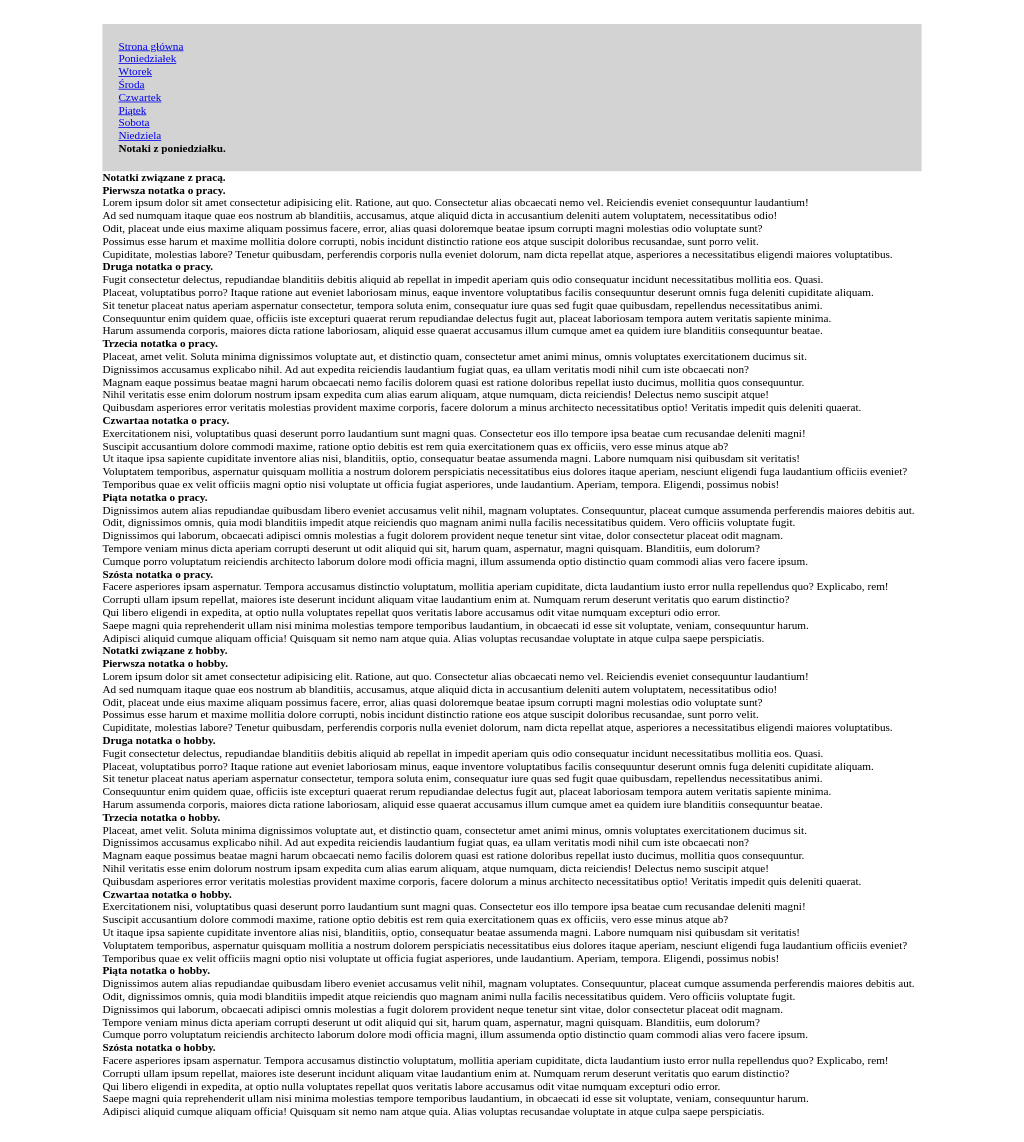
Repository: ArturNatwora/hompage
Page: days/1.html
These files come from the project's save history. The page is drawn as it stood at one moment and after the next save; the edit follows.
The browser window is 1280 px wide. The pictures show the whole page, at 80% of full size.

Above is the page before, as saved 2019-06-11 17:42:10.

### days/1.html
<!DOCTYPE html>
<html lang="pl">
  <head>
    <meta charset="UTF-8" />
    <meta name="viewport" content="width=device-width, initial-scale=1.0" />
    <meta http-equiv="X-UA-Compatible" content="ie=edge" />
    <link rel="stylesheet" href="../index.css" />
    <title>Strona domowa w ramach kursu WTf CO TEN FRONTEND.</title>
  </head>
  <body>
    <header class="bodyHeader">
      <nav class="bodyHeader__nav">
          <ul class="bodyHeader__navListLink" >
          <li>
            <a class="bodyHeader__navLink" href="../index.html"
              >Strona główna</a
            >
          </li>
          <li>
            <a class="bodyHeader__navLink" href="./1.html">Poniedziałek</a>
          </li>
          <li><a class="bodyHeader__navLink" href="./2.html">Wtorek</a></li>
          <li><a class="bodyHeader__navLink" href="./3.html">Środa</a></li>
          <li><a class="bodyHeader__navLink" href="./4.html">Czwartek</a></li>
          <li><a class="bodyHeader__navLink" href="./5.html">Piątek</a></li>
          <li><a class="bodyHeader__navLink" href="./6.html">Sobota</a></li>
          <li><a class="bodyHeader__navLink" href="./7.html">Niedziela</a></li>
        </ul>
      </nav>
      <h1 class="bodyHeader__h1">Notaki z poniedziałku.</h1>
    </header>
    <main class="main">
      <section class="section">
        <h2 class="section__title">Notatki związane z pracą.</h2>
        <article class="article">
          <h3 class="article__title">Pierwsza notatka o pracy.</h3>
          <p>
            Lorem ipsum dolor sit amet consectetur adipisicing elit. Ratione,
            aut quo. Consectetur alias obcaecati nemo vel. Reiciendis eveniet
            consequuntur laudantium!
          </p>
          <p>
            Ad sed numquam itaque quae eos nostrum ab blanditiis, accusamus,
            atque aliquid dicta in accusantium deleniti autem voluptatem,
            necessitatibus odio!
          </p>
          <p>
            Odit, placeat unde eius maxime aliquam possimus facere, error, alias
            quasi doloremque beatae ipsum corrupti magni molestias odio
            voluptate sunt?
          </p>
          <p>
            Possimus esse harum et maxime mollitia dolore corrupti, nobis
            incidunt distinctio ratione eos atque suscipit doloribus recusandae,
            sunt porro velit.
          </p>
          <p>
            Cupiditate, molestias labore? Tenetur quibusdam, perferendis
            corporis nulla eveniet dolorum, nam dicta repellat atque, asperiores
            a necessitatibus eligendi maiores voluptatibus.
          </p>
        </article>
        <article class="article">
          <h3 class="article__title">Druga notatka o pracy.</h3>
          <p>
            Fugit consectetur delectus, repudiandae blanditiis debitis aliquid
            ab repellat in impedit aperiam quis odio consequatur incidunt
            necessitatibus mollitia eos. Quasi.
          </p>
          <p>
            Placeat, voluptatibus porro? Itaque ratione aut eveniet laboriosam
            minus, eaque inventore voluptatibus facilis consequuntur deserunt
            omnis fuga deleniti cupiditate aliquam.
          </p>
          <p>
            Sit tenetur placeat natus aperiam aspernatur consectetur, tempora
            soluta enim, consequatur iure quas sed fugit quae quibusdam,
            repellendus necessitatibus animi.
          </p>
          <p>
            Consequuntur enim quidem quae, officiis iste excepturi quaerat rerum
            repudiandae delectus fugit aut, placeat laboriosam tempora autem
            veritatis sapiente minima.
          </p>
          <p>
            Harum assumenda corporis, maiores dicta ratione laboriosam, aliquid
            esse quaerat accusamus illum cumque amet ea quidem iure blanditiis
            consequuntur beatae.
          </p>
        </article>
        <article class="article">
          <h3 class="article__title">Trzecia notatka o pracy.</h3>
          <p>
            Placeat, amet velit. Soluta minima dignissimos voluptate aut, et
            distinctio quam, consectetur amet animi minus, omnis voluptates
            exercitationem ducimus sit.
          </p>
          <p>
            Dignissimos accusamus explicabo nihil. Ad aut expedita reiciendis
            laudantium fugiat quas, ea ullam veritatis modi nihil cum iste
            obcaecati non?
          </p>
          <p>
            Magnam eaque possimus beatae magni harum obcaecati nemo facilis
            dolorem quasi est ratione doloribus repellat iusto ducimus, mollitia
            quos consequuntur.
          </p>
          <p>
            Nihil veritatis esse enim dolorum nostrum ipsam expedita cum alias
            earum aliquam, atque numquam, dicta reiciendis! Delectus nemo
            suscipit atque!
          </p>
          <p>
            Quibusdam asperiores error veritatis molestias provident maxime
            corporis, facere dolorum a minus architecto necessitatibus optio!
            Veritatis impedit quis deleniti quaerat.
          </p>
        </article>
        <article class="article">
          <h3 class="article__title">Czwartaa notatka o pracy.</h3>
          <p>
            Exercitationem nisi, voluptatibus quasi deserunt porro laudantium
            sunt magni quas. Consectetur eos illo tempore ipsa beatae cum
            recusandae deleniti magni!
          </p>
          <p>
            Suscipit accusantium dolore commodi maxime, ratione optio debitis
            est rem quia exercitationem quas ex officiis, vero esse minus atque
            ab?
          </p>
          <p>
            Ut itaque ipsa sapiente cupiditate inventore alias nisi, blanditiis,
            optio, consequatur beatae assumenda magni. Labore numquam nisi
            quibusdam sit veritatis!
          </p>
          <p>
            Voluptatem temporibus, aspernatur quisquam mollitia a nostrum
            dolorem perspiciatis necessitatibus eius dolores itaque aperiam,
            nesciunt eligendi fuga laudantium officiis eveniet?
          </p>
          <p>
            Temporibus quae ex velit officiis magni optio nisi voluptate ut
            officia fugiat asperiores, unde laudantium. Aperiam, tempora.
            Eligendi, possimus nobis!
          </p>
        </article>
        <article class="article">
          <h3 class="article__title">Piąta notatka o pracy.</h3>
          <p>
            Dignissimos autem alias repudiandae quibusdam libero eveniet
            accusamus velit nihil, magnam voluptates. Consequuntur, placeat
            cumque assumenda perferendis maiores debitis aut.
          </p>
          <p>
            Odit, dignissimos omnis, quia modi blanditiis impedit atque
            reiciendis quo magnam animi nulla facilis necessitatibus quidem.
            Vero officiis voluptate fugit.
          </p>
          <p>
            Dignissimos qui laborum, obcaecati adipisci omnis molestias a fugit
            dolorem provident neque tenetur sint vitae, dolor consectetur
            placeat odit magnam.
          </p>
          <p>
            Tempore veniam minus dicta aperiam corrupti deserunt ut odit aliquid
            qui sit, harum quam, aspernatur, magni quisquam. Blanditiis, eum
            dolorum?
          </p>
          <p>
            Cumque porro voluptatum reiciendis architecto laborum dolore modi
            officia magni, illum assumenda optio distinctio quam commodi alias
            vero facere ipsum.
          </p>
        </article>
        <article class="article">
          <h3 class="article__title">Szósta notatka o pracy.</h3>
          <p>
            Facere asperiores ipsam aspernatur. Tempora accusamus distinctio
            voluptatum, mollitia aperiam cupiditate, dicta laudantium iusto
            error nulla repellendus quo? Explicabo, rem!
          </p>
          <p>
            Corrupti ullam ipsum repellat, maiores iste deserunt incidunt
            aliquam vitae laudantium enim at. Numquam rerum deserunt veritatis
            quo earum distinctio?
          </p>
          <p>
            Qui libero eligendi in expedita, at optio nulla voluptates repellat
            quos veritatis labore accusamus odit vitae numquam excepturi odio
            error.
          </p>
          <p>
            Saepe magni quia reprehenderit ullam nisi minima molestias tempore
            temporibus laudantium, in obcaecati id esse sit voluptate, veniam,
            consequuntur harum.
          </p>
          <p>
            Adipisci aliquid cumque aliquam officia! Quisquam sit nemo nam atque
            quia. Alias voluptas recusandae voluptate in atque culpa saepe
            perspiciatis.
          </p>
        </article>
      </section>

      <section class="section">
        <h2 class="section__title">Notatki związane z hobby.</h2>
        <article class="article">
          <h3 class="article__title">Pierwsza notatka o hobby.</h3>
          <p>
            Lorem ipsum dolor sit amet consectetur adipisicing elit. Ratione,
            aut quo. Consectetur alias obcaecati nemo vel. Reiciendis eveniet
            consequuntur laudantium!
          </p>
          <p>
            Ad sed numquam itaque quae eos nostrum ab blanditiis, accusamus,
            atque aliquid dicta in accusantium deleniti autem voluptatem,
            necessitatibus odio!
          </p>
          <p>
            Odit, placeat unde eius maxime aliquam possimus facere, error, alias
            quasi doloremque beatae ipsum corrupti magni molestias odio
            voluptate sunt?
          </p>
          <p>
            Possimus esse harum et maxime mollitia dolore corrupti, nobis
            incidunt distinctio ratione eos atque suscipit doloribus recusandae,
            sunt porro velit.
          </p>
          <p>
            Cupiditate, molestias labore? Tenetur quibusdam, perferendis
            corporis nulla eveniet dolorum, nam dicta repellat atque, asperiores
            a necessitatibus eligendi maiores voluptatibus.
          </p>
        </article>
        <article class="article">
          <h3 class="article__title">Druga notatka o hobby.</h3>
          <p>
            Fugit consectetur delectus, repudiandae blanditiis debitis aliquid
            ab repellat in impedit aperiam quis odio consequatur incidunt
            necessitatibus mollitia eos. Quasi.
          </p>
          <p>
            Placeat, voluptatibus porro? Itaque ratione aut eveniet laboriosam
            minus, eaque inventore voluptatibus facilis consequuntur deserunt
            omnis fuga deleniti cupiditate aliquam.
          </p>
          <p>
            Sit tenetur placeat natus aperiam aspernatur consectetur, tempora
            soluta enim, consequatur iure quas sed fugit quae quibusdam,
            repellendus necessitatibus animi.
          </p>
          <p>
            Consequuntur enim quidem quae, officiis iste excepturi quaerat rerum
            repudiandae delectus fugit aut, placeat laboriosam tempora autem
            veritatis sapiente minima.
          </p>
          <p>
            Harum assumenda corporis, maiores dicta ratione laboriosam, aliquid
            esse quaerat accusamus illum cumque amet ea quidem iure blanditiis
            consequuntur beatae.
          </p>
        </article>
        <article class="article">
          <h3 class="article__title">Trzecia notatka o hobby.</h3>
          <p>
            Placeat, amet velit. Soluta minima dignissimos voluptate aut, et
            distinctio quam, consectetur amet animi minus, omnis voluptates
            exercitationem ducimus sit.
          </p>
          <p>
            Dignissimos accusamus explicabo nihil. Ad aut expedita reiciendis
            laudantium fugiat quas, ea ullam veritatis modi nihil cum iste
            obcaecati non?
          </p>
          <p>
            Magnam eaque possimus beatae magni harum obcaecati nemo facilis
            dolorem quasi est ratione doloribus repellat iusto ducimus, mollitia
            quos consequuntur.
          </p>
          <p>
            Nihil veritatis esse enim dolorum nostrum ipsam expedita cum alias
            earum aliquam, atque numquam, dicta reiciendis! Delectus nemo
            suscipit atque!
          </p>
          <p>
            Quibusdam asperiores error veritatis molestias provident maxime
            corporis, facere dolorum a minus architecto necessitatibus optio!
            Veritatis impedit quis deleniti quaerat.
          </p>
        </article>
        <article class="article">
          <h3 class="article__title">Czwartaa notatka o hobby.</h3>
          <p>
            Exercitationem nisi, voluptatibus quasi deserunt porro laudantium
            sunt magni quas. Consectetur eos illo tempore ipsa beatae cum
            recusandae deleniti magni!
          </p>
          <p>
            Suscipit accusantium dolore commodi maxime, ratione optio debitis
            est rem quia exercitationem quas ex officiis, vero esse minus atque
            ab?
          </p>
          <p>
            Ut itaque ipsa sapiente cupiditate inventore alias nisi, blanditiis,
            optio, consequatur beatae assumenda magni. Labore numquam nisi
            quibusdam sit veritatis!
          </p>
          <p>
            Voluptatem temporibus, aspernatur quisquam mollitia a nostrum
            dolorem perspiciatis necessitatibus eius dolores itaque aperiam,
            nesciunt eligendi fuga laudantium officiis eveniet?
          </p>
          <p>
            Temporibus quae ex velit officiis magni optio nisi voluptate ut
            officia fugiat asperiores, unde laudantium. Aperiam, tempora.
            Eligendi, possimus nobis!
          </p>
        </article>
        <article class="article">
          <h3 class="article__title">Piąta notatka o hobby.</h3>
          <p>
            Dignissimos autem alias repudiandae quibusdam libero eveniet
            accusamus velit nihil, magnam voluptates. Consequuntur, placeat
            cumque assumenda perferendis maiores debitis aut.
          </p>
          <p>
            Odit, dignissimos omnis, quia modi blanditiis impedit atque
            reiciendis quo magnam animi nulla facilis necessitatibus quidem.
            Vero officiis voluptate fugit.
          </p>
          <p>
            Dignissimos qui laborum, obcaecati adipisci omnis molestias a fugit
            dolorem provident neque tenetur sint vitae, dolor consectetur
            placeat odit magnam.
          </p>
          <p>
            Tempore veniam minus dicta aperiam corrupti deserunt ut odit aliquid
            qui sit, harum quam, aspernatur, magni quisquam. Blanditiis, eum
            dolorum?
          </p>
          <p>
            Cumque porro voluptatum reiciendis architecto laborum dolore modi
            officia magni, illum assumenda optio distinctio quam commodi alias
            vero facere ipsum.
          </p>
        </article>
        <article class="article">
          <h3 class="article__title">Szósta notatka o hobby.</h3>
          <p>
            Facere asperiores ipsam aspernatur. Tempora accusamus distinctio
            voluptatum, mollitia aperiam cupiditate, dicta laudantium iusto
            error nulla repellendus quo? Explicabo, rem!
          </p>
          <p>
            Corrupti ullam ipsum repellat, maiores iste deserunt incidunt
            aliquam vitae laudantium enim at. Numquam rerum deserunt veritatis
            quo earum distinctio?
          </p>
          <p>
            Qui libero eligendi in expedita, at optio nulla voluptates repellat
            quos veritatis labore accusamus odit vitae numquam excepturi odio
            error.
          </p>
          <p>
            Saepe magni quia reprehenderit ullam nisi minima molestias tempore
            temporibus laudantium, in obcaecati id esse sit voluptate, veniam,
            consequuntur harum.
          </p>
          <p>
            Adipisci aliquid cumque aliquam officia! Quisquam sit nemo nam atque
            quia. Alias voluptas recusandae voluptate in atque culpa saepe
            perspiciatis.
          </p>
        </article>
      </section>
    </main>
    <script src="../index.js"></script>
  </body>
</html>

### index.css

*{
    margin: 0;
    padding: 0;
    box-sizing: border-box;
    font-size: 14px;
}


body{
    width: 80%;
    margin: 30px auto;
}

.bodyHeader {
    width: 100%;
    padding: 20px;
    background: lightgrey;

}
.bodyHeader__navListLink {
    width: 100%;
    list-style: none;
    display: block;
}
.bodyHeader__navItemLink{
    display: inline-block;
    margin: 10px 20px;
}

Loaded but not shown: index.js (no copy from this time; the picture is the same without it)

After the next save:
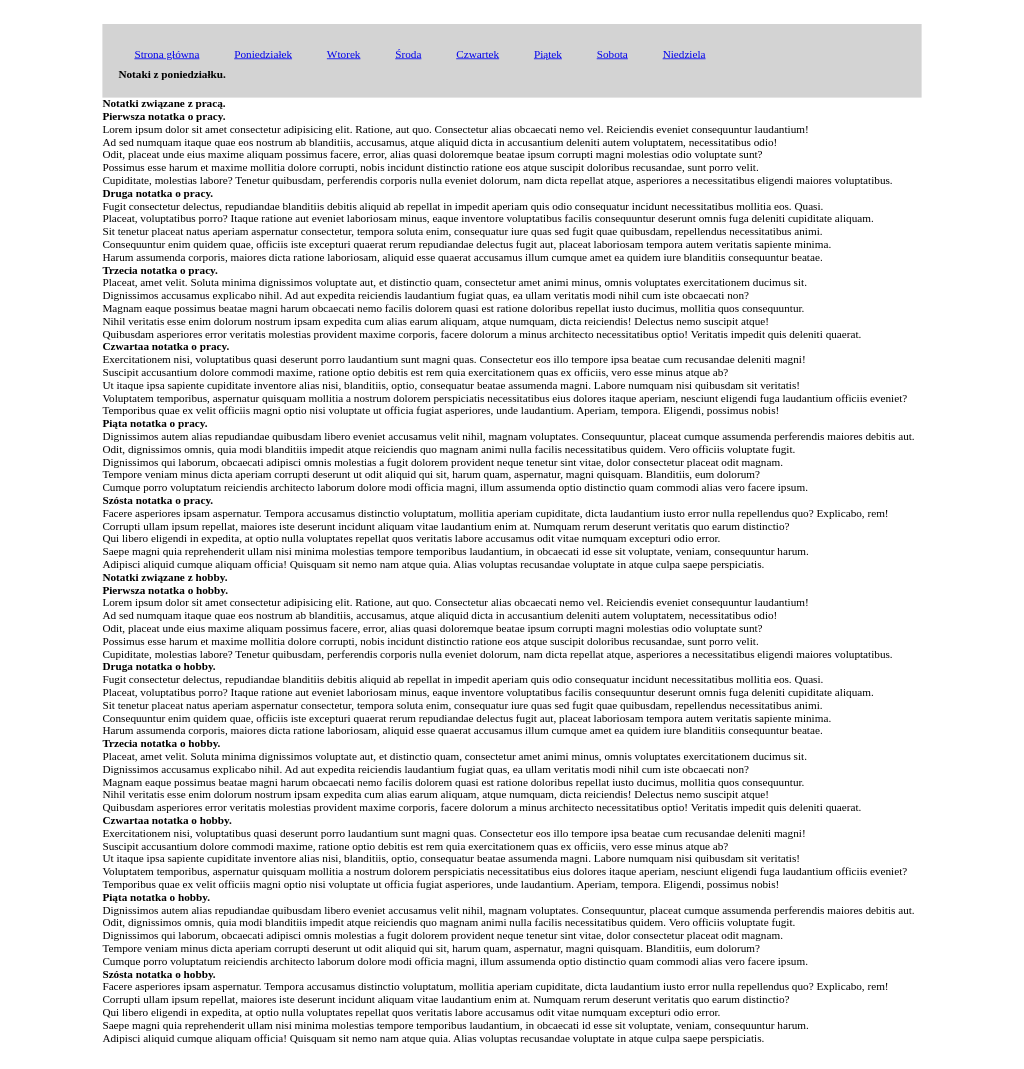
Saved 5 min 24 s later.
--- a/days/1.html
+++ b/days/1.html
@@ -11,20 +11,20 @@
     <header class="bodyHeader">
       <nav class="bodyHeader__nav">
           <ul class="bodyHeader__navListLink" >
-          <li>
+              <li class="bodyHeader__navItemLink">
             <a class="bodyHeader__navLink" href="../index.html"
               >Strona główna</a
             >
           </li>
-          <li>
+          <li class="bodyHeader__navItemLink">
             <a class="bodyHeader__navLink" href="./1.html">Poniedziałek</a>
           </li>
-          <li><a class="bodyHeader__navLink" href="./2.html">Wtorek</a></li>
-          <li><a class="bodyHeader__navLink" href="./3.html">Środa</a></li>
-          <li><a class="bodyHeader__navLink" href="./4.html">Czwartek</a></li>
-          <li><a class="bodyHeader__navLink" href="./5.html">Piątek</a></li>
-          <li><a class="bodyHeader__navLink" href="./6.html">Sobota</a></li>
-          <li><a class="bodyHeader__navLink" href="./7.html">Niedziela</a></li>
+          <li class="bodyHeader__navItemLink"><a class="bodyHeader__navLink" href="./2.html">Wtorek</a></li>
+          <li class="bodyHeader__navItemLink"><a class="bodyHeader__navLink" href="./3.html">Środa</a></li>
+          <li class="bodyHeader__navItemLink"><a class="bodyHeader__navLink" href="./4.html">Czwartek</a></li>
+          <li class="bodyHeader__navItemLink"><a class="bodyHeader__navLink" href="./5.html">Piątek</a></li>
+          <li class="bodyHeader__navItemLink"><a class="bodyHeader__navLink" href="./6.html">Sobota</a></li>
+          <li class="bodyHeader__navItemLink"><a class="bodyHeader__navLink" href="./7.html">Niedziela</a></li>
         </ul>
       </nav>
       <h1 class="bodyHeader__h1">Notaki z poniedziałku.</h1>
